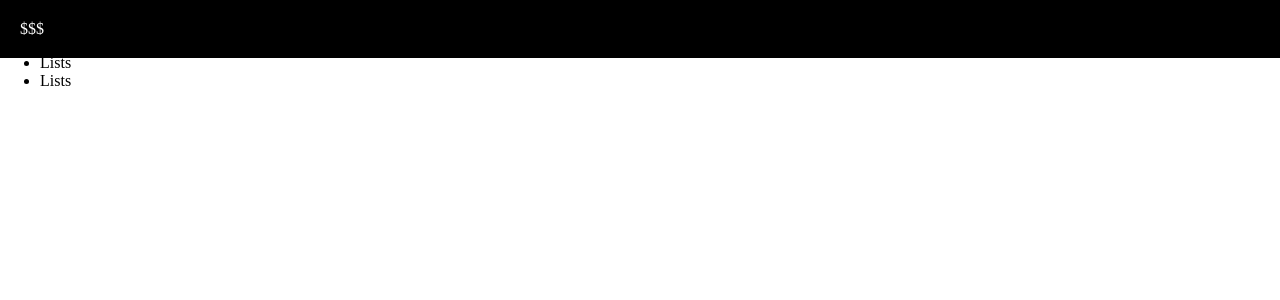
Repository: hemantsaini-7/React_Basics
Page: / (app in SIDEBAR/)
The author's editor kept a copy of each file at every save. The page is drawn from the files as they stood at one save, then again after the next save.
The browser window is 1280 px wide. The pictures show the whole page.
The project was rebuilt for these pictures with package versions that can differ from the ones it lists, and the page was loaded fresh each time. Also part of the build but not shown: SIDEBAR/src/components/Sidebar.js.

Above is the page before, as saved 2020-11-15 20:19:45.

### SIDEBAR/src/App.js
import React from 'react';
import './App.css';
import Navbar from './components/Navbar'

function App() {
  return (
    <div>
      <Navbar/>
    </div>
  );
}

export default App;

### SIDEBAR/src/App.css
* {
  margin: 0px;
}
nav {
  background-color: black;
  color: white;
  padding: 20px;
  position: fixed;
  width: 100vw;
}
.ul {
  background-color: aqua;
}
.li {
  background-color: chartreuse;
}

### SIDEBAR/src/components/Navbar.js
import React from 'react'
import { useState } from 'react'
import Sidebar from './Sidebar'

function Navbar() {
    const [sidebar,setsidebar]=useState(true);

const ClickHandler=()=>{
    setsidebar(!sidebar);
}

    return (
        <>
        <nav>
            <span onClick={ClickHandler}>$$$</span>
        </nav>

        <div className={sidebar ? "side-active" : "side-deactive"}>
            <ul>
                <li>Home</li>
                <li>Products</li>
                <li>Lists</li>
                <li>Lists</li>
                <li>Lists</li>
            </ul>
        </div>
        </>
    )
}

export default Navbar

Loaded but not shown: SIDEBAR/public/index.html (common file); SIDEBAR/src/index.js (common file)

After the next save:
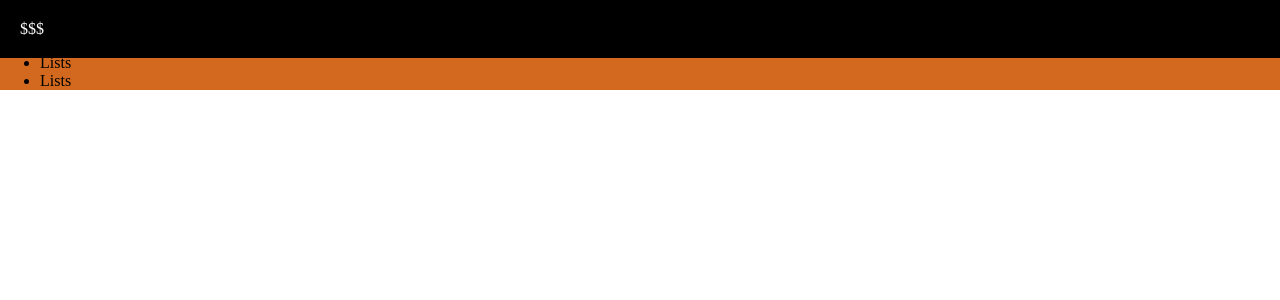
Saved 54 s later.
--- a/SIDEBAR/src/App.css
+++ b/SIDEBAR/src/App.css
@@ -14,3 +14,6 @@ nav {
 .li {
   background-color: chartreuse;
 }
+.side-active {
+  background-color: chocolate;
+}
